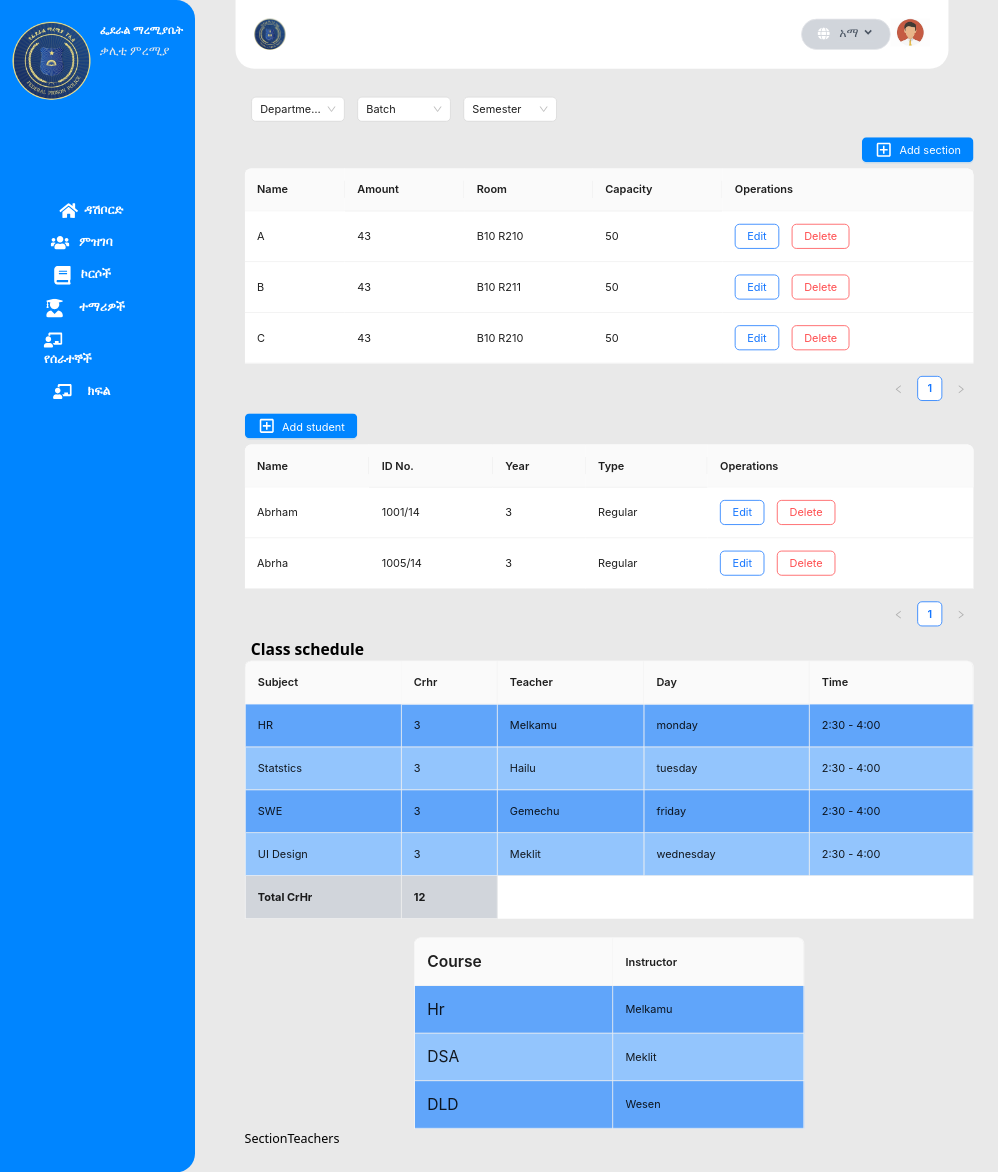
Repository: Yigoya/federal-prison-education-ms-frontend
Page: /classroom, after clicking the first element matching `td.ant-table-cell > a`
These files come from the project's save history. The page is drawn as it stood at one moment and after the next save; the edit follows.
The browser window is 1280 px wide. The pictures show the whole page, at 78% of full size.
The project was rebuilt for these pictures with package versions that can differ from the ones it lists, and the page was loaded fresh each time. Also part of the build but not shown: vite.config.js, src/App.css, src/pages/DashBoard.jsx, src/pages/Courses.jsx, src/layout/AuthLayout.jsx, src/pages/Login.jsx, src/pages/Teachers.jsx, src/pages/StudentRegistration.jsx and 3 more. Imported but missing from the stored project, and not drawn on this page: src/pages/Students.

Above is the page before, as saved 2024-07-05 09:58:04.

After the next save:
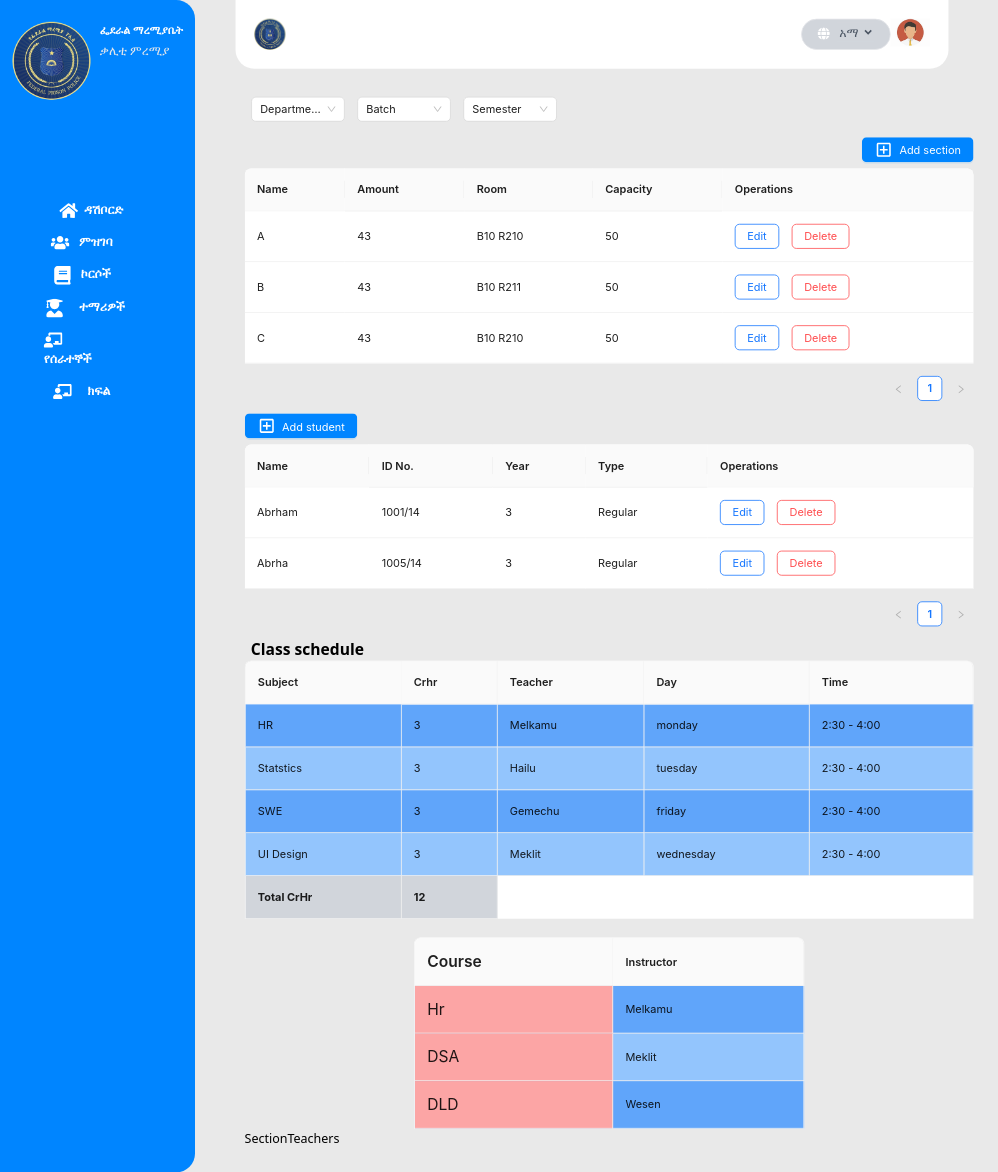
Saved 20 s later.
--- a/src/components/classroom/CoursesList.jsx
+++ b/src/components/classroom/CoursesList.jsx
@@ -3,7 +3,7 @@
   {
     title: "Course",
     dataIndex: "course",
-    className: "text-xl"
+    className: "text-xl bg-red-300"
   },
   {
     title: "Instructor",
